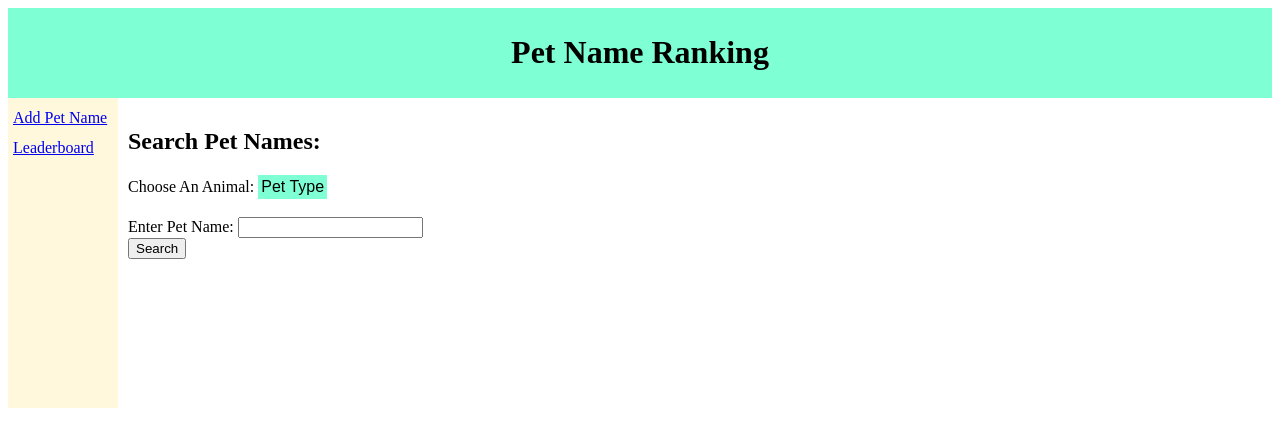
Repository: mutterbucket/TriplettTermProject4830
Page: workspaceCSCI4830-tech-excercise-Triplett/techExcerciseTriplett/WebContent/home_search.html
These files come from the project's save history. The page is drawn as it stood at one moment and after the next save; the edit follows.
The browser window is 1280 px wide. The pictures show the whole page.

Above is the page before, as saved 2020-02-21 22:47:24.

After the next save:
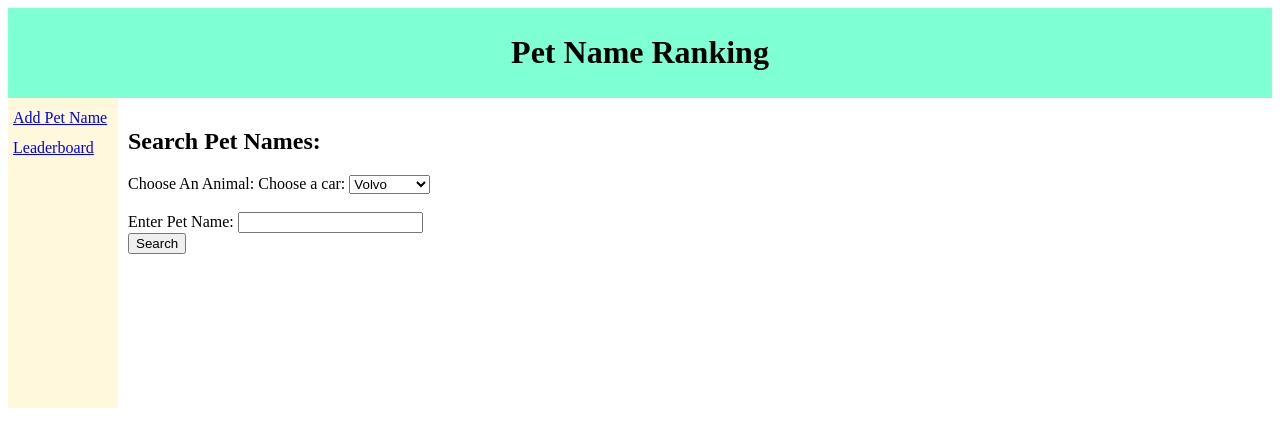
Saved 2 min 19 s later.
--- a/workspaceCSCI4830-tech-excercise-Triplett/techExcerciseTriplett/WebContent/home_search.html
+++ b/workspaceCSCI4830-tech-excercise-Triplett/techExcerciseTriplett/WebContent/home_search.html
@@ -22,37 +22,6 @@ section {
     float:left;
     padding:10px;
 }
-.dropbtn {
-  background-color:aquamarine;
-  color: black;
-  padding: 3px;
-  font-size: 16px;
-  border: none;
-}
-.dropdown {
-  position: relative;
-  display: inline-block;
-}
-.dropdown-content {
-  display: none;
-  position: absolute;
-  background-color:#f1f1f1;
-  min-width: 160px;
-  box-shadow: 0px 8px 16px 0px rgba(0,0,0,0.2);
-  z-index: 1;
-}
-.dropdown-content a {
-  color: black;
-  padding: 12px 16px;
-  text-decoration: none;
-  display: block;
-}
-.dropdown:hover .dropdown-content {
-  display: block;
-}
-.dropdown-content a:hover {
-  background-color: #ddd;
-}
 footer {
     background-color:19FFBD;
     color:black;
@@ -76,14 +45,13 @@ footer {
 	<h1>Search Pet Names:</h1>
 
 	<form action="SearchNames" method="POST">
-		Choose An Animal: <div class="dropdown">
-        	<button class="dropbtn">Pet Type</button>
-       		<div class="dropdown-content">
-        	 	<a href="1">Cat</a>
-         		<a href="2">Dog</a>
-         		<a href="3">Bird</a>
-       		</div>
-    	</div>
+		Choose An Animal: <label for="cars">Choose a car:</label>
+		<select id="cars">
+  			<option value="volvo">Volvo</option>
+  			<option value="saab">Saab</option>
+  			<option value="mercedes">Mercedes</option>
+ 			<option value="audi">Audi</option>
+		</select>
     	<br><br>
 		Enter Pet Name: <input type="text" name="keyword"> <br />
 
